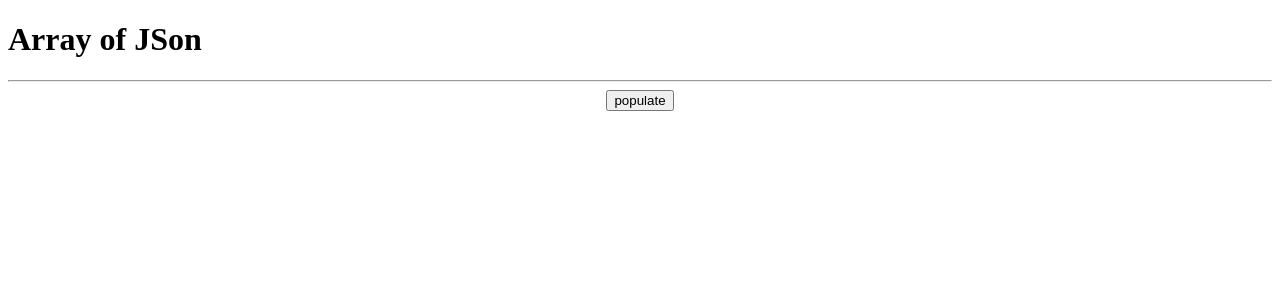
Repository: abhishekj720/HSBCLearn
Page: html/JSDemo/WebContent/WEB-INF/JSONDemo2.html
An editor plug-in stored every save of this project. The page is shown before and after the next save, followed by the edit.
The browser window is 1280 px wide. The pictures show the whole page.
After loading, the first visible `#btn1` was clicked once.

Above is the page before, as saved 2019-07-31 06:40:22.
Console error: ReferenceError: htnl is not defined

After the next save:
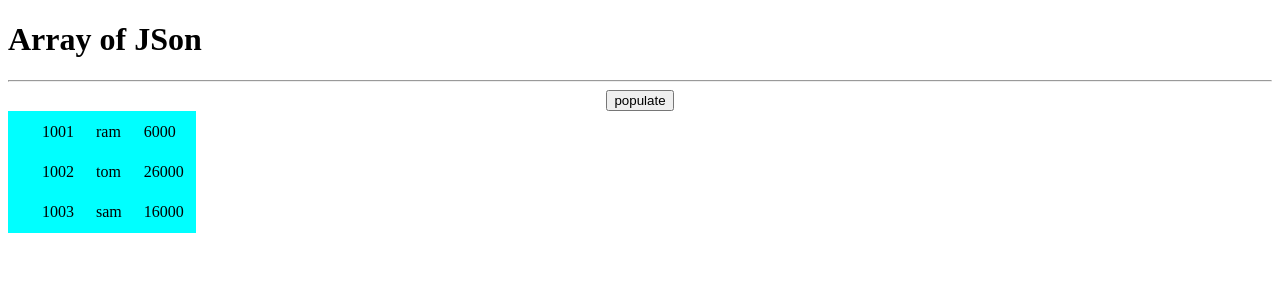
The error is gone.
Saved 26 s later.
--- a/html/JSDemo/WebContent/WEB-INF/JSONDemo2.html
+++ b/html/JSDemo/WebContent/WEB-INF/JSONDemo2.html
@@ -12,7 +12,7 @@ function display(){
 	for(var idx=0;idx<jarr.length;++idx)
 	{
 			html+="<tr>";
-			htnl+="<td>";
+			html+="<td>";
 			html+="<td>"+jarr[idx].eid+"</td>";
 			html+="<td>"+jarr[idx].ename+"</td>";
 			html+="<td>"+jarr[idx].sal+"</td>";
